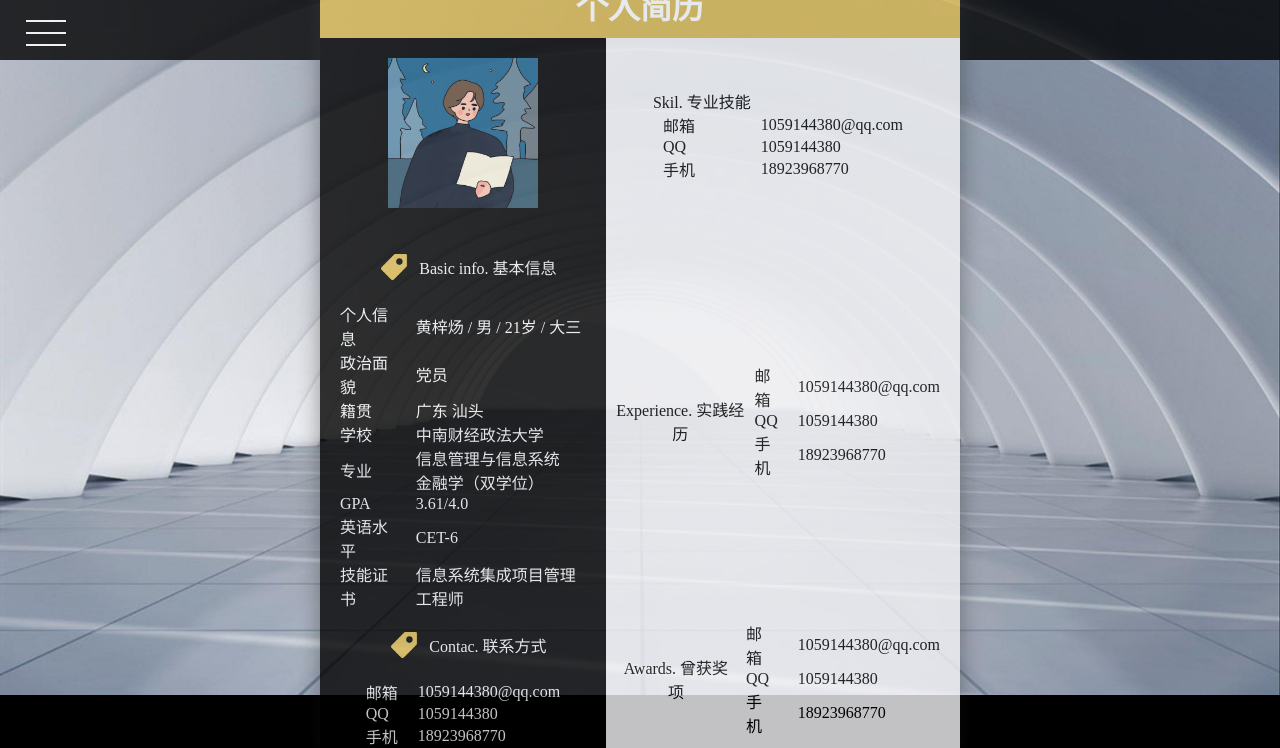
Repository: ustc-hzy/ziYang
Page: resume.html
These files come from the project's save history. The page is drawn as it stood at one moment and after the next save; the edit follows.
The browser window is 1280 px wide. The pictures show the whole page.

Above is the page before, as saved 2020-06-18 17:14:59.

### resume.html
<!DOCTYPE html>
<html lang="en">
<head>
    <meta charset="UTF-8">
    <meta name="viewport" content="width=device-width, initial-scale=1.0">
    <link rel="stylesheet" href="css/style.css" type="text/css">
    <link rel="stylesheet" href="css/resume.css" type="text/css">
    <title>个人简历</title>
</head>
<body>
    <header>
        <!-- 主体内容 -->
        <div class="inner">
            <!-- 用于控制菜单栏开关 -->
            <input type="checkbox" id="ham">
            <!-- 菜单栏icon -->
            <label for="ham">
                <div class="hamburger-container">
                    <span></span>
                    <span></span>
                    <span></span>
                </div>
            </label>
            <!-- 菜单栏各项 -->
            <nav>
                <ul>
                    <li><a href="index.html">网站首页</a></li>
                    <li><a href="resume.html">个人简历</a></li>
                    <li><a href="album.html">旅行相册</a></li>
                    <li><a href="asset.html">PS作品集</a></li>
                    <li><a href="episode.html">剧集收藏</a></li>
                </ul>
            </nav>
            <!-- 打开菜单栏的遮罩 -->
            <div class="mask"></div>
        </div>

        <div class="content-container">
            <table>
                <caption class="table-title">个人简历</caption>
                <tr>
                    <td class="left-column" align="center">
                        <img src="img/user.png" width="150px">
                    </td>
                    <td class="right-column" align="center">
                        <table>
                            <caption class="small-table-title"><div>Skil. 专业技能</div></caption>
                            <tr>
                                <td>邮箱</td>
                                <td>1059144380@qq.com</td>
                            </tr>
                            <tr>
                                <td>QQ</td>
                                <td>1059144380</td>
                            </tr>
                            <tr>
                                <td>手机</td>
                                <td>18923968770</td>
                            </tr>
                        </table>
                    </td>
                </tr>
                <tr>
                    <td class="left-column" align="center">
                        <table>
                            <div class="small-table-title"><img src="img/label.png" width="30px"> <span>Basic info. 基本信息</span></div>
                            <tr>
                                <td>个人信息</td>
                                <td>黄梓炀 / 男 / 21岁 / 大三</td>
                            </tr>
                            <tr>
                                <td>政治面貌</td>
                                <td>党员</td>
                            </tr>
                            <tr>
                                <td>籍贯</td>
                                <td>广东 汕头</td>
                            </tr>
                            <tr>
                                <td>学校</td>
                                <td>中南财经政法大学</td>
                            </tr>
                            <tr>
                                <td>专业</td>
                                <td>
                                    <div>信息管理与信息系统</div>
                                    <div>金融学（双学位）</div>
                                </td>
                            </tr>
                            <tr>
                                <td>GPA</td>
                                <td>3.61/4.0</td>
                            </tr>
                            <tr>
                                <td>英语水平</td>
                                <td>CET-6</td>
                            </tr>
                            <tr>
                                <td>技能证书</td>
                                <td>信息系统集成项目管理工程师</td>
                            </tr>
                        </table>
                    </td>
                    <td class="right-column" align="center">
                        <table class="small-table-title">
                            <caption><div>Experience. 实践经历</div></caption>
                            <tr>
                                <td>邮箱</td>
                                <td>1059144380@qq.com</td>
                            </tr>
                            <tr>
                                <td>QQ</td>
                                <td>1059144380</td>
                            </tr>
                            <tr>
                                <td>手机</td>
                                <td>18923968770</td>
                            </tr>
                        </table>
                    </td>
                </tr>
                <tr>
                    <td class="left-column" align="center">
                        <table>
                            <div class="small-table-title"><img src="img/label.png" width="30px"> <span>Contac. 联系方式</span></div>
                            <tr>
                                <td>邮箱</td>
                                <td>1059144380@qq.com</td>
                            </tr>
                            <tr>
                                <td>QQ</td>
                                <td>1059144380</td>
                            </tr>
                            <tr>
                                <td>手机</td>
                                <td>18923968770</td>
                            </tr>
                        </table>
                    </td>
                    <td class="right-column" align="center">
                        <table class="small-table-title">
                            <caption><div>Awards. 曾获奖项</div></caption>
                            <tr>
                                <td>邮箱</td>
                                <td>1059144380@qq.com</td>
                            </tr>
                            <tr>
                                <td>QQ</td>
                                <td>1059144380</td>
                            </tr>
                            <tr>
                                <td>手机</td>
                                <td>18923968770</td>
                            </tr>
                        </table>
                    </td>
                </tr>
            </table>
        </div>
    </header>
</body>
</html>

### css/style.css
body {
    height: 100%;
    width: 100%;
    margin: 0 auto;
    padding: 0 0 ;
    background-color: #000000;
    background-image: url(../img/user_bg.jpg);
    background-repeat: no-repeat;
    background-size: cover;
    overflow: auto;
}
header{
    height: 60px;
    background-color: #000000;
    opacity: 0.8;
}
.inner{
    width: 96%;
    margin: auto;
}
#ham{
    display: none;
}
/* 当chexkbox选中时，改变第一条线 */
#ham:checked + label .hamburger-container span:nth-child(1){
    transform: rotate(45deg);
    top: 11px;
    transition: transform .3s ease-in-out, top .3s ease-in-out 3s;
}
/* 当chexkbox选中时，第二条线消失 */
#ham:checked + label .hamburger-container span:nth-child(2){
    opacity: 0;
}
/* 当chexkbox选中时，改变第三条线 */
#ham:checked + label .hamburger-container span:nth-child(3){
    transform: rotate(-45deg);
    top: -11px;
    transition: transform .3s ease-in-out, top .3s ease-in-out 3s;
}
.hamburger-container span:nth-child(2){
    margin-top: 10px;
    transition: opacity .1s ease-in-out .1s;
}
.hamburger-container span:nth-child(3){
    margin-top: 10px;
}
.hamburger-container{
    display: block;
    width: 40px;
    height: 40px;
    position: relative;
    top: 20px;
    z-index: 100;
}
.hamburger-container span{
    display: block;
    height: 2px;
    background-color: #fff;
    position: relative;
    transition: transform .3s ease-in-out, top .3s ease-in-out .3s;
}
nav{
    position: absolute;
    z-index: 100;
    color: #fff;
    top: 50px;
    transform: scaleY(0); /* 垂直方向缩小到0，即关闭 */
    transition: all .3s ease-in-out;
    transform-origin: 50% 0; /* 将中心点移到顶部 */
    opacity: 0; /* 渐入渐出效果 */
}
/* 当chexkbox选中时，展示nav */
#ham:checked ~ nav{
    transform: scaleY(1); /* 垂直方向扩大到1，即打开 */
    opacity: 1;
    transition: all .3s ease-in-out;
}
.mask {
    width: 100vw;
    height: 100vh;
    position: fixed;
    top: 0;
    left: 0;
    background: #000000;
    opacity: 0;
    z-index: 10; /* 防止遮住要显示的部分 */
    transform: scaleY(0);
    transform-origin: 50% 0;
    transition: all .3s ease-in-out;
}
#ham:checked ~ .mask{
    opacity: 1;
    transform: scaleY(1);
    transition: all .3s ease-in-out;
}
ul{
    position: relative;
    right: 40px;
    margin-top: 2em;
    list-style-type:none;
    font-size: 35px;
}
ul li{
    margin-top: 1em;
}
ul li:hover{
    transform: scale(1.2, 1.2); /* transform从元素中心开始变化，不会影响到其他元素 */
    /* background-color:  rgba(255,255,255,0.1);
    padding: 10px 20px; */
}
.name-container{
    position: absolute;
    top: 50%;
    left: 50%;
    transform: translate(-50%,-50%);
    z-index: 1;
    background-color: rgba(0,0,0,0.3); /* 此处使用opacity会让文字也变透明 */
    box-shadow: 0 5px 20px rgba(26,26,26,0.5);
}
.mid-name{
    color: #fff;
    font-size: 50px;
    border: 8px solid #fff;
    padding: 40px;
    text-align: center;
}
.mid-name .id{
    margin-top: 10px;
    font-size: 40px;
}
a{
    text-decoration: none;
    color: #ffffff;
}

### css/resume.css
.content-container{
    position: absolute;
    top: 50%;
    left: 50%;
    transform: translate(-50%,-50%);
    z-index: 1;
    box-shadow: 0 5px 20px rgba(26,26,26,0.5);
}
table{
    border-spacing: 0;
}
table tr td {
    height: 20px;
    padding: 0px 10px;
}
.small-table-title{
    display: flex;
    flex-wrap: nowrap;
    align-items: center;
    justify-content: center;
}
.table-title{
    color: #ffffff;
    font-size: 32px;
    font-weight: bold;
    padding: 10px 0 ;
    background-color: #dbba53;
}
.left-column{
    width: 800px;
    background-color: #000000;
    color: #f3f3f5;
}
.right-column{
    width: 800px;
    background-color: #f3f3f5;
}
img{
    margin: 20px 10px;
}

After the next save:
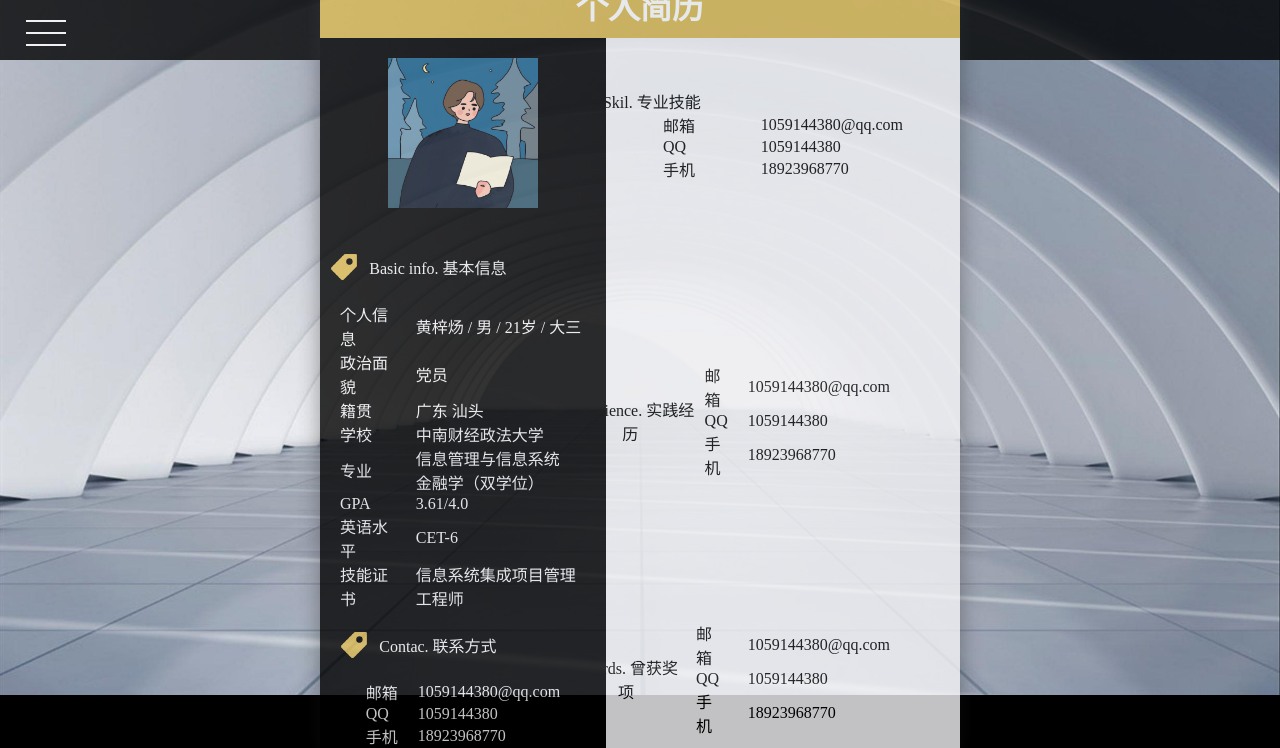
Saved 45 s later.
--- a/css/resume.css
+++ b/css/resume.css
@@ -18,6 +18,8 @@ table tr td {
     flex-wrap: nowrap;
     align-items: center;
     justify-content: center;
+    position: relative;
+    right: 50px;
 }
 .table-title{
     color: #ffffff;
